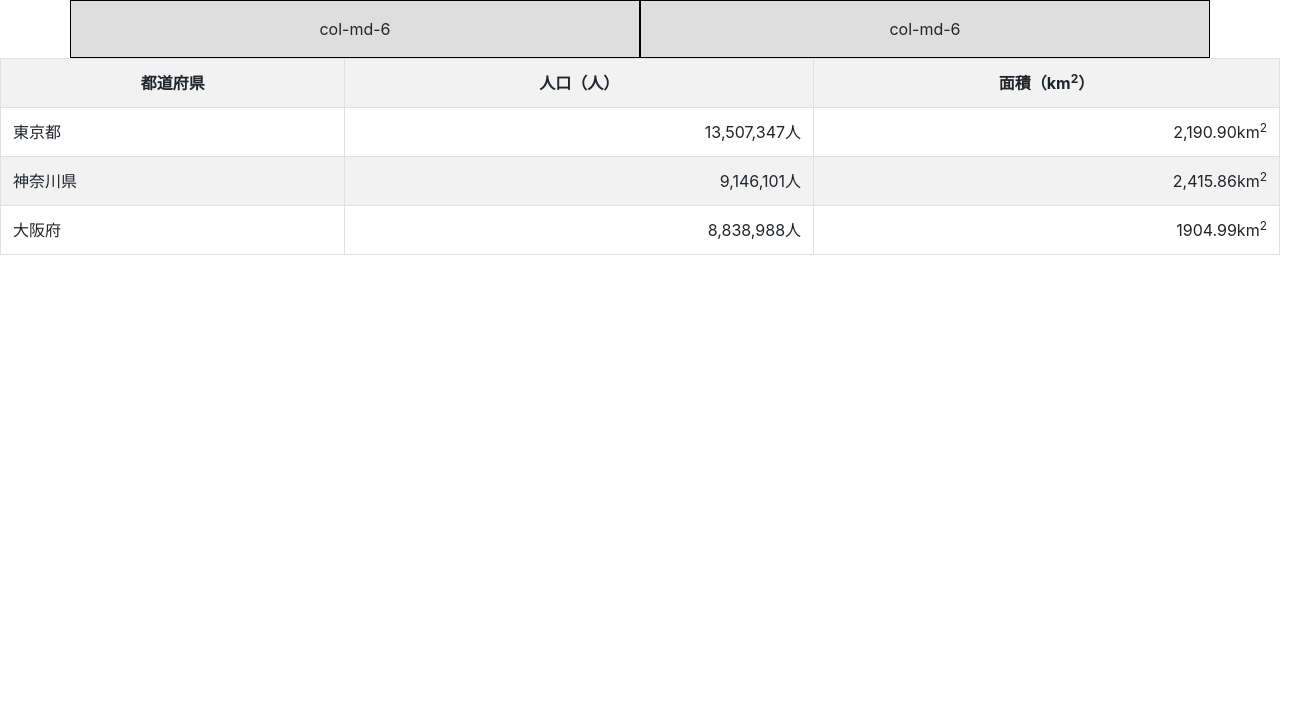
Repository: london-newyork/microposts2
Page: others/bootstrap_lesson.html
The author's editor kept a record of every edit. The page is drawn from the files as they stood at one moment, then again after the next edit.
The browser window is 1280 px wide. The page is 1280 px wide, then 1295 px, so the pictures cover 1295 px, including what lies to the right of the window. The pictures show the whole page.
Some web libraries are served in a nearby version.

Above is the page before.

After the next edit:
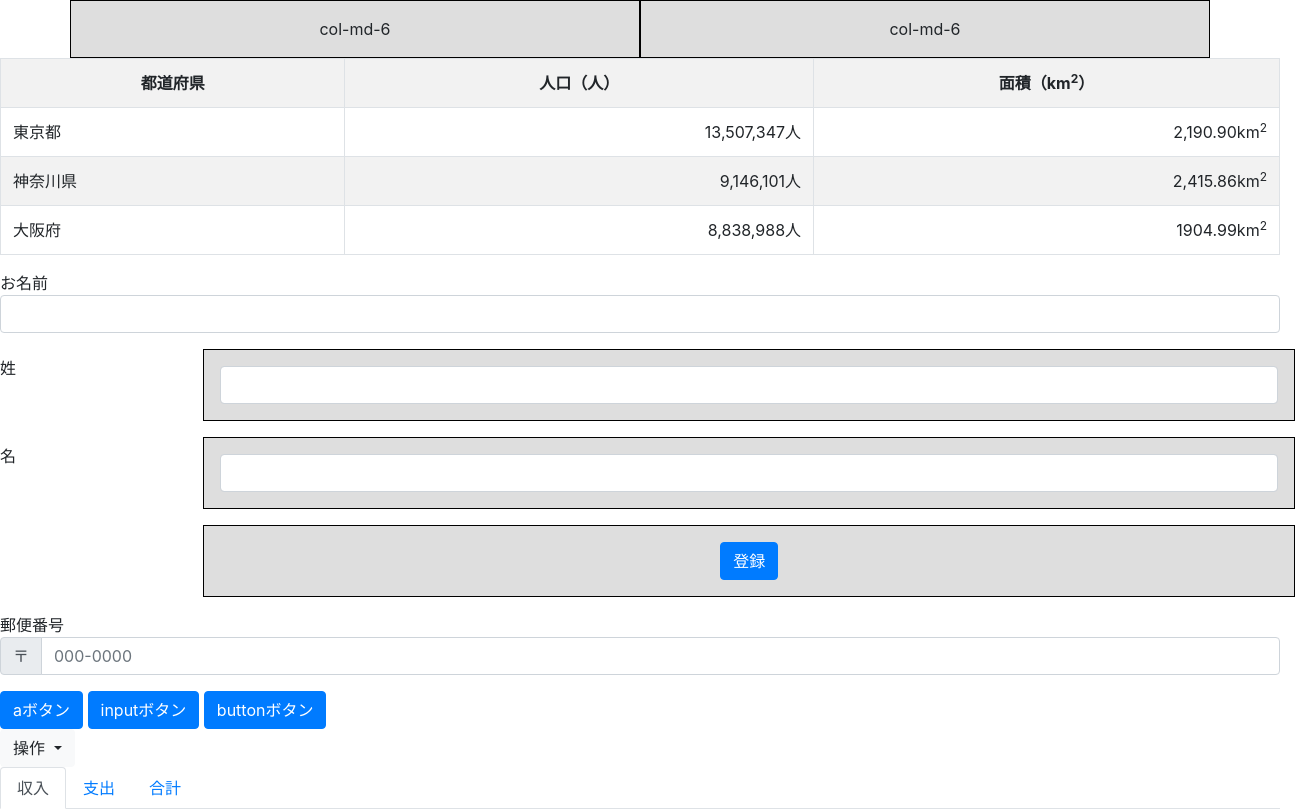
The edit:
--- a/others/bootstrap_lesson.html
+++ b/others/bootstrap_lesson.html
@@ -48,7 +48,66 @@
         <td class="text-right">1904.99km<sup>2</sup></td>
     </tr>
 </table>
+<form>
+    <div class="form-group">
+        お名前
+        <input type="text" class="form-control">
+    </div>
+</form>
+<form>
+    <!-- 1行 -->
+    <div class="form-group row">
+        <label class="col-2 col-form-label">姓</label>
+        <div class="col-10">
+            <input type="text" class="form-control" name="lastname">
+        </div>
+    </div>
 
+    <!-- 1行 -->
+    <div class="form-group row">
+        <label class="col-2 col-form-label">名</label>
+        <div class="col-10">
+            <input type="text" class="form-control" name="firstname">
+        </div>
+    </div>
+
+    <!-- 1行 -->
+    <div class="form-group row">
+        <div class="offset-2 col-10">
+            <button type="submit" class="btn btn-primary">登録</button>
+        </div>
+    </div>
+</form>
+<form>
+      郵便番号
+      <div class="form-group input-group">
+          <!-- 左端に付けるアクセサリ -->
+          <div class="input-group-prepend">
+              <span class="input-group-text">〒</span>
+          </div>
+          <input type="text" class="form-control" placeholder="000-0000">
+      </div>
+</form>
+<a href="#" class="btn btn-primary">aボタン</a>
+<input type="submit" class="btn btn-primary" value="inputボタン">
+<button class="btn btn-primary" type="submit">buttonボタン</button>
+<div class="dropdown">
+    <button type="button" class="btn btn-light dropdown-toggle" data-toggle="dropdown">
+        操作
+    </button>
+    <!-- 選択肢 -->
+    <div class="dropdown-menu">
+        <a class="dropdown-item" href="#">返信</a>
+        <a class="dropdown-item" href="#">転送</a>
+        <div class="dropdown-divider"></div>
+        <a class="dropdown-item" href="#">削除</a>
+    </div>
+</div>
+<ul class="nav nav-tabs">
+    <li class="nav-item"><a href="#" class="nav-link active">収入</a></li>
+    <li class="nav-item"><a href="#" class="nav-link">支出</a></li>
+    <li class="nav-item"><a href="#" class="nav-link">合計</a></li>
+</ul>
         <!-- Optional JavaScript -->
         <!-- jQuery first, then Popper.js, then Bootstrap JS, then Font Awesome -->
         <script src="https://code.jquery.com/jquery-3.3.1.slim.min.js"></script>
